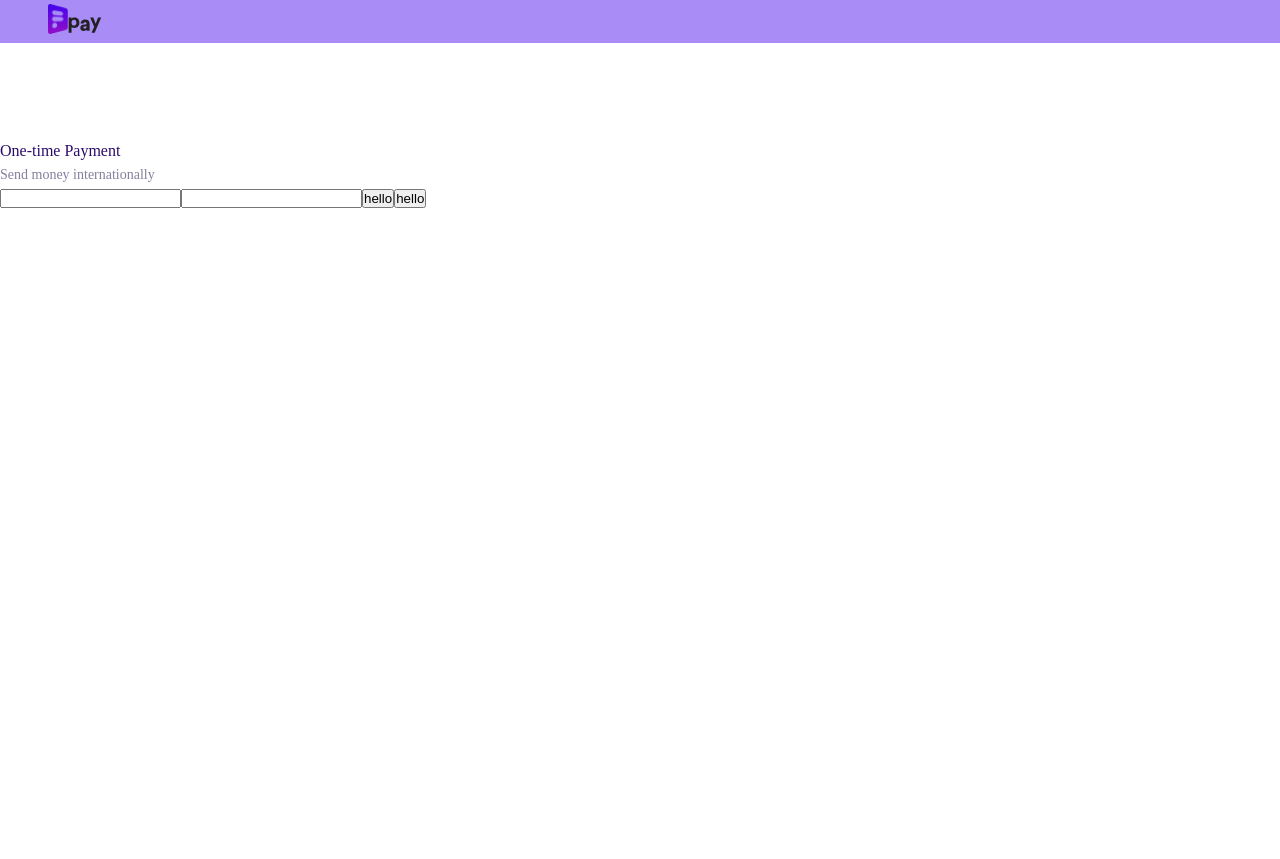
Repository: nilesjamex/fincra
Page: /
An editor plug-in stored every save of this project. The page is shown before and after the next save, followed by the edit.
The browser window is 1280 px wide. The pictures show the whole page.
The project was rebuilt for these pictures with package versions that can differ from the ones it lists, and the page was loaded fresh each time. The framework's server and built-in components were replaced by stand-ins that run in the browser. Also part of the build but not shown: next.config.js.

Above is the page before, as saved 2021-11-01 09:48:44.

### pages/index.js
import Head from 'next/head'
import Image from 'next/image'
import styles from '../styles/Home.module.css'
import Pay from "../Components/pay.js"
import StepContextProvider from './../Contexts/StepContext';
import Main from './../Layout/main.js'

export default function Home() {
  return (
    <div className={styles.container}>
      <Head>
        <title>Fincra Pay</title>
        <meta name="description" content="Generated by create next app" />
        <link rel="icon" href="/favicon.ico" />
      </Head>


        <Main>
        <StepContextProvider>
        <Pay />
        </StepContextProvider>
        </Main>

    </div>
  )
}

### styles/globals.css
html,
body {
  font-family: -apple-system, BlinkMacSystemFont, Segoe UI, Roboto, Oxygen,
    Ubuntu, Cantarell, Fira Sans, Droid Sans, Helvetica Neue, sans-serif;
}

a {
  color: inherit;
  text-decoration: none;
}

* {
  box-sizing: border-box;
  padding: 0;
  margin: 0;
}

### styles/Home.module.css
.container {
  padding: 0 0rem;
}

### Components/pay.js
import React, {useState, useContext} from 'react'
import { StepContext } from './../Contexts/StepContext';
import styles from './pay.module.css'
const Pay = () => {

   const {steps, front, back} = useContext(StepContext)

    switch (steps) {
        case 1:
            return (
        <div className={styles.container}>
        <div className={styles.paymentText}>
        <h2 className={styles.paymentTextMain}>One-time Payment</h2>
        <p className={styles.paymentTextSub}>Send money internationally</p>
        </div>

        <form action="submit">
        <input className={styles.paymentinfo} type="text" name="" id="" />
        <input className={styles.paymentinfo} type="text" name="" id="" readOnly />
         <button onClick={(e) => front()}> hello </button>
          <button onClick={(e) => front()}> hello </button>
        </form>
        </div>
    );
     case 2:
            return (
        <div>
        <button onClick={(e) => back()}> he </button>
        </div>
    );
     case 3:
            return (
        <div>

        </div>
    );
     case 4:
            return (
        <div>

        </div>
    );
    }

}

export default Pay;

### Contexts/StepContext.js
import React, {useState, createContext} from 'react';

export const StepContext = createContext()

const StepContextProvider = (props) => {
    const [steps, setSteps] = useState(1);

    const front = () => {
        setSteps(steps + 1)
    }

    const back = () => {
        setSteps(steps - 1)
    }
    return (
        <StepContext.Provider value={{steps, front, back}}>
            {props.children}
        </StepContext.Provider>
    )
}

export default StepContextProvider;

### Layout/main.js
import React from 'react'
import Header from './header.js'
import styles from './main.module.css'

const Main = (props) => {
    return (
        <div>
          <Header />
          <div className={styles.container}>
          {props.children}
          </div>
        </div>
    )
}

export default Main;

### Components/pay.module.css
.container {
    width: 40vw;
    height: 60vh;
    margin-top: 6rem;
}
.paymentText {
    text-align: left;
}
.paymentTextMain {
    font-family: Sailec;
    font-style: normal;
    font-weight: normal;
    font-size: 16px;
    line-height: 24px;
    color: #2C0C6A;
}
.paymentTextSub {
    font-family: Sailec;
    font-style: normal;
    font-weight: normal;
    font-size: 14px;
    line-height: 24px;
    color: #877E9E;
}

### Layout/header.js
import React from 'react'
import styles from './header.module.css'
import Image from 'next/image'

const header = () => {
    return (
        <nav className={styles.navbar}>
        <div className={styles.fincra}>
        <h3>
        <Image src="/../public/Images/logo.png" alt="logo" height="30px" width="20px" />
        <Image src="/../public/Images/p.svg" alt="logo" height="17.77px" width="12.47px" />
        <Image src="/../public/Images/a.svg" alt="logo" height="17.77px" width="10.26px"/>
        <Image src="/../public/Images/y.svg" alt="logo" height="17.77px" width="12.91px" /></h3>
        </div>
        </nav>
    )
}

export default header

### Layout/main.module.css
.container {
    width: 100vw;
    height: 100vh;
    margin-top: 6rem;
}

### Layout/header.module.css
.navbar {
    height: 6vh;
    background-color: #A98CF6;
    display: flex;
    align-items: center;
}
.fincra h3 {
    margin-left: 3rem;
    color: #222222;
    font-size: 1.4rem;
}

Loaded but not shown: pages/_app.js (common file)

After the next save:
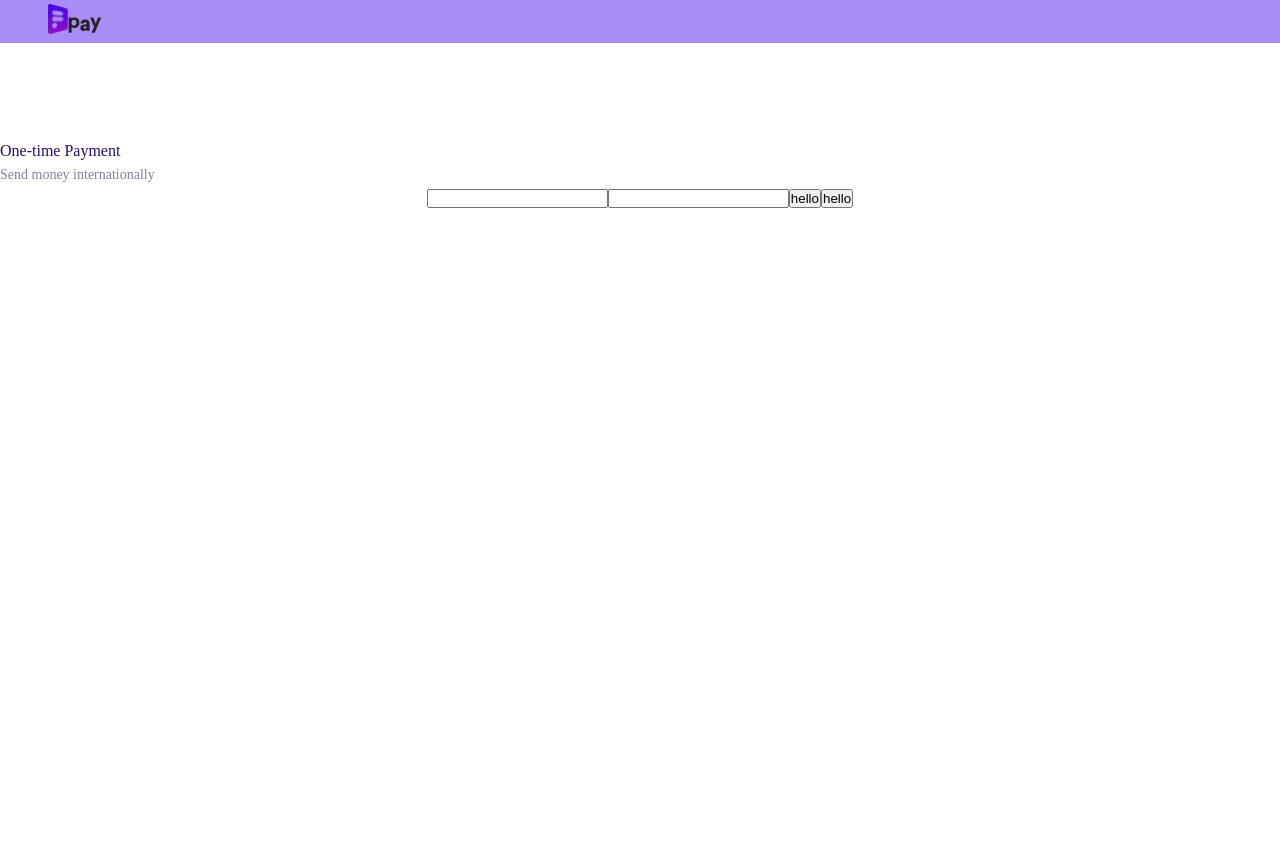
Saved 30 s later.
--- a/Components/pay.module.css
+++ b/Components/pay.module.css
@@ -1,7 +1,5 @@
 .container {
-    width: 40vw;
-    height: 60vh;
-    margin-top: 6rem;
+    text-align: center;
 }
 .paymentText {
     text-align: left;
